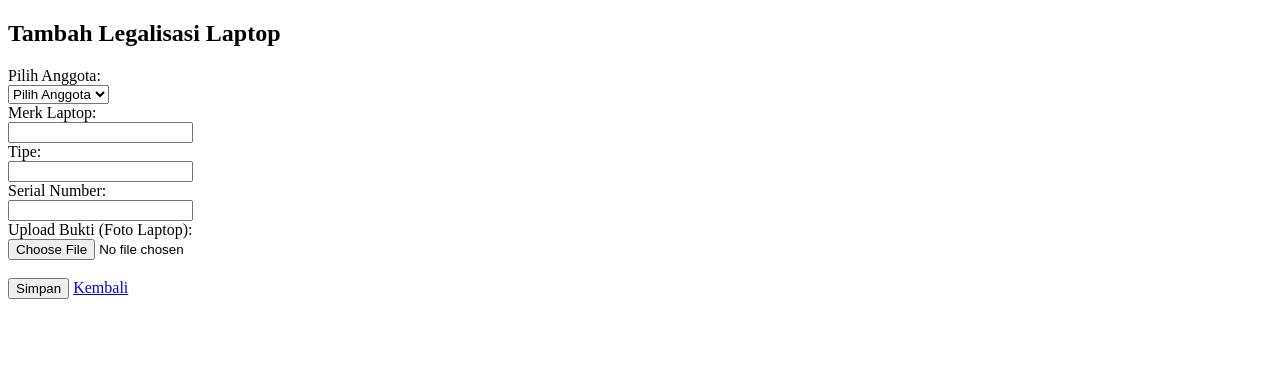
Repository: fatkquladhim/multimedia_app
Page: http://localhost/admin/legalisasi laptop/legalisasi_create.php
These files come from the project's save history. The page is drawn as it stood at one moment and after the next save; the edit follows.
The browser window is 1280 px wide. The pictures show the whole page.
The page is run by PHP 8.4 with error messages shown; the project is at /var/www/html/. The session is filled in as if someone had signed in: {"user_id": 2, "username": "asep", "role": "admin"}. The database holds what the project's SQL file puts in it.

Above is the page before, as saved 2025-07-14 13:31:57.

After the next save:
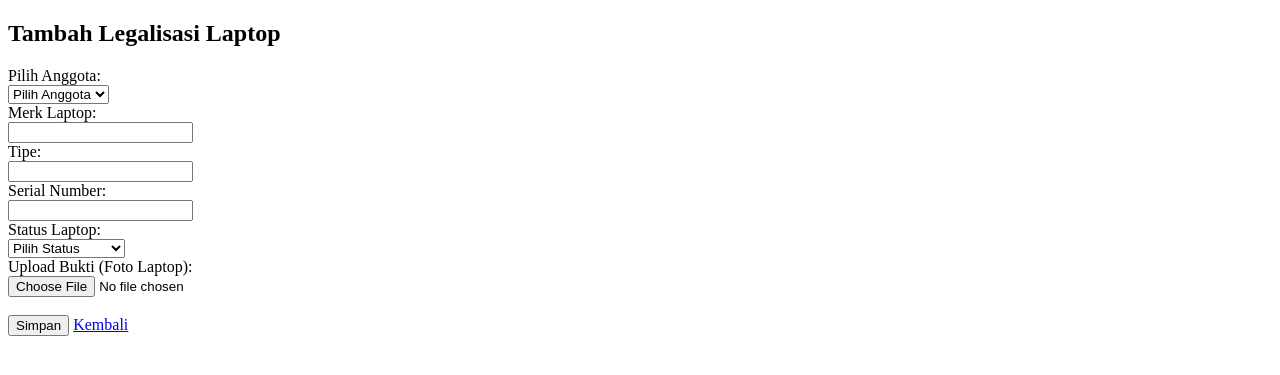
Saved 53 s later.
--- a/admin/legalisasi laptop/legalisasi_create.php
+++ b/admin/legalisasi laptop/legalisasi_create.php
@@ -43,22 +43,27 @@ $anggota = $conn->query("SELECT id, nama FROM anggota ORDER BY nama");
             <label>Merk Laptop:</label><br>
             <input type="text" name="merk" required>
         </div>
-
         <div>
             <label>Tipe:</label><br>
             <input type="text" name="tipe" required>
         </div>
-
         <div>
             <label>Serial Number:</label><br>
             <input type="text" name="serial_number" required>
         </div>
-
+        <div>
+            <label>Status Laptop:</label><br>
+            <select name="status" required>
+                <option value="">Pilih Status</option>
+                <option value="Baik">Baik</option>
+                <option value="Rusak">Rusak</option>
+                <option value="Perlu Perbaikan">Perlu Perbaikan</option>
+            </select>
+        </div>
         <div>
             <label>Upload Bukti (Foto Laptop):</label><br>
             <input type="file" name="file_bukti" accept="image/*" required>
         </div>
-
         <br>
         <button type="submit">Simpan</button>
         <a href="legalisasi_list.php">Kembali</a>
